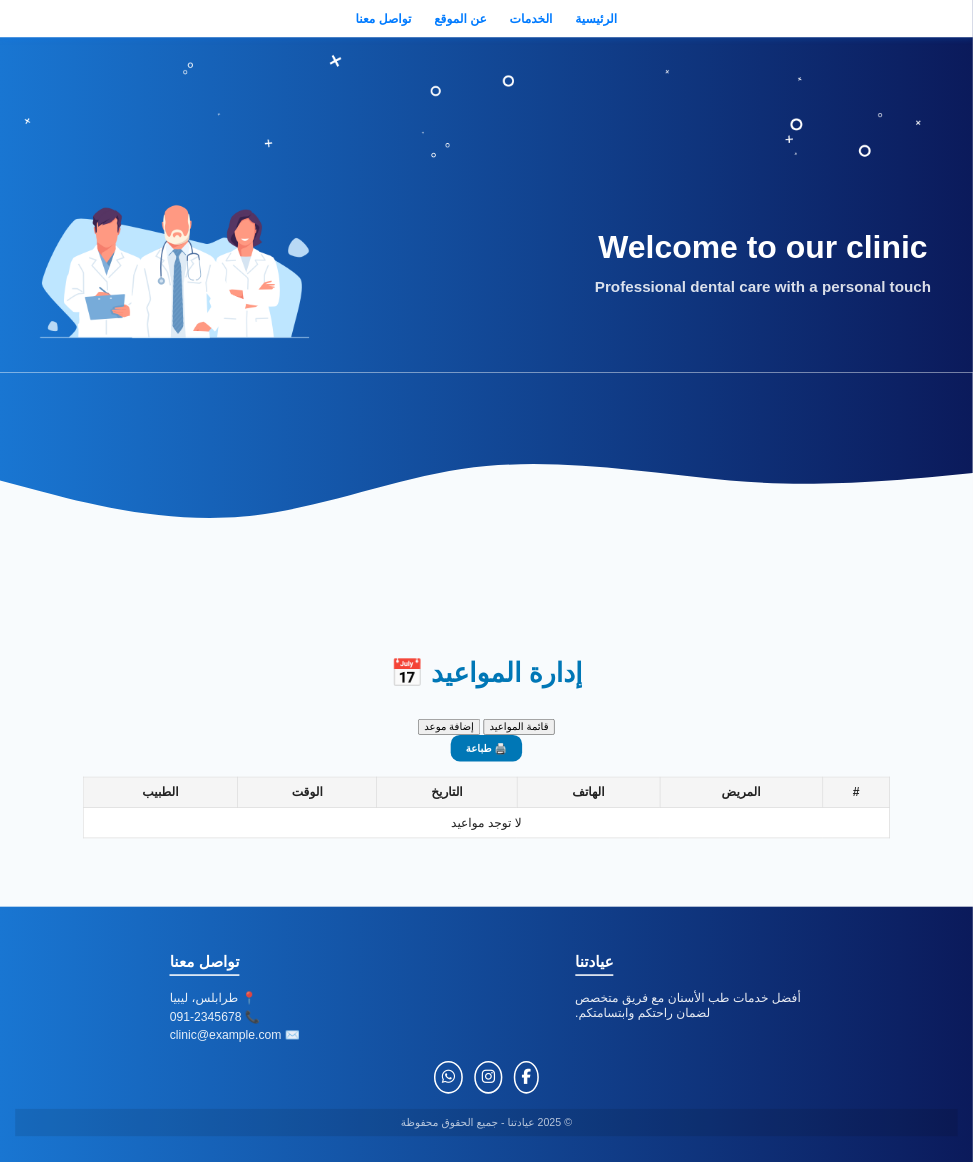
Repository: mysite4/s
Page: http://localhost/services/appointments/
The author's editor kept a copy of each file at every save. The page is drawn from the files as they stood at one save, then again after the next save.
The browser window is 1280 px wide. The pictures show the whole page, at 76% of full size.
Some web fonts or font styles are not loaded; a fallback is used. The page is served by the project's application, run on Django 5.2 (manage.py). Queries for data that is not in the repository find no rows.

Above is the page before, as saved 2026-01-06 15:15:47.

After the next save:
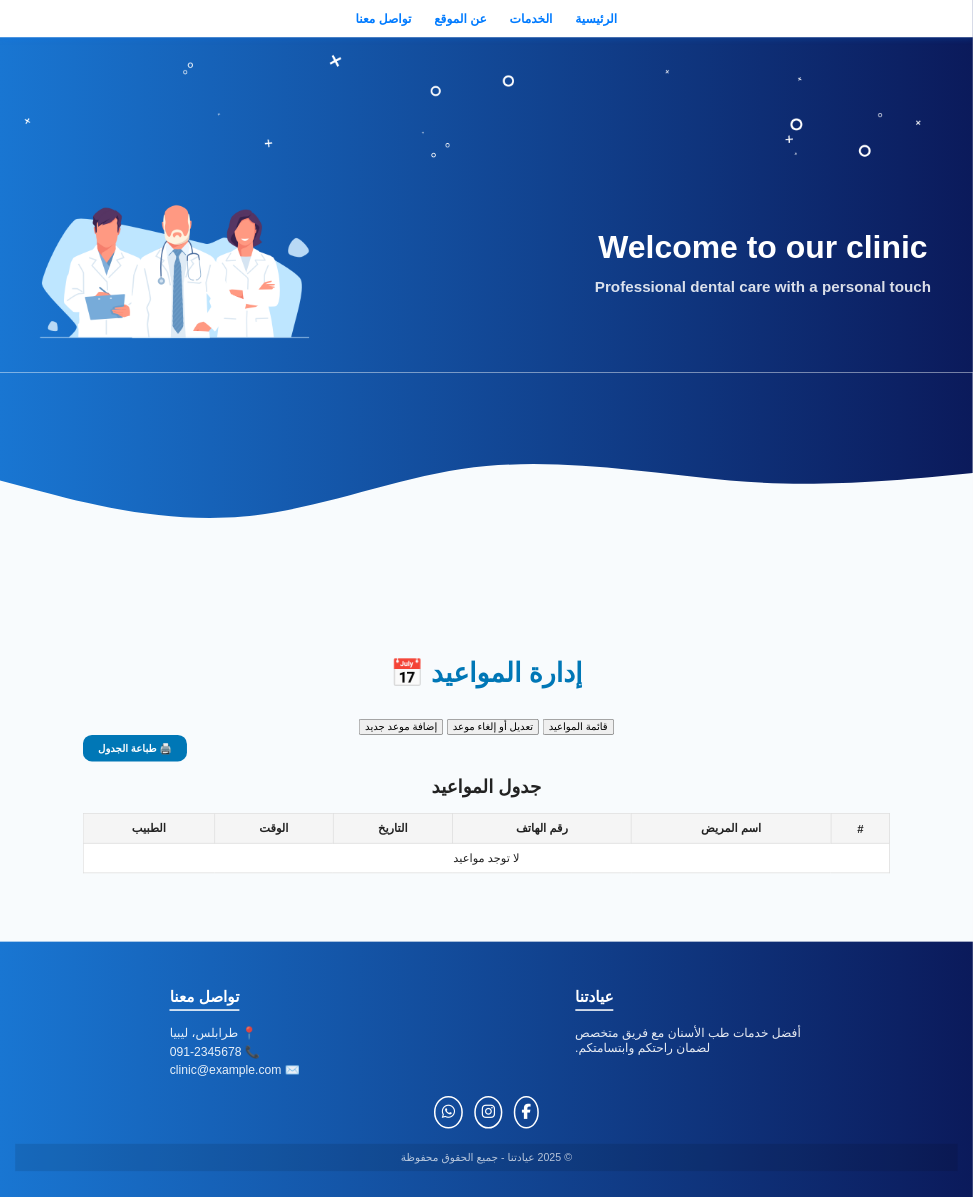
Saved 10 min 4 s later.
--- a/main/templates/services/appointments.html
+++ b/main/templates/services/appointments.html
@@ -5,45 +5,69 @@
 <link rel="stylesheet" href="{% static 'css/dashboard.css' %}">
 
 <style>
+/* ===== جدول كلاسيكي ===== */
 .classic-table {
   width: 100%;
   border-collapse: collapse;
   margin-top: 20px;
   background: #fff;
+  font-size: 15px;
 }
-.classic-table th, .classic-table td {
+.classic-table th,
+.classic-table td {
   border: 1px solid #ddd;
   padding: 10px;
   text-align: center;
 }
-.classic-table th { background: #f5f5f5; }
+.classic-table th {
+  background-color: #f5f5f5;
+  font-weight: bold;
+}
+.classic-table tr:nth-child(even) {
+  background-color: #fafafa;
+}
+.classic-table tr:hover {
+  background-color: #eef6ff;
+}
 
+/* ===== الطباعة ===== */
 @media print {
   body * { visibility: hidden; }
   #print-area, #print-area * { visibility: visible; }
-  .no-print { display:none!important; }
+  #print-area {
+    position: absolute;
+    left: 0;
+    top: 0;
+    width: 100%;
+  }
+  .no-print { display: none !important; }
 }
 </style>
 
 <div class="page-container fade-in">
   <h1 class="page-title">إدارة المواعيد 📅</h1>
 
+  <!-- Tabs -->
   <div class="tabs no-print">
     <button class="tab-btn active" data-tab="list">قائمة المواعيد</button>
-    <button class="tab-btn" data-tab="add">إضافة موعد</button>
+    <button class="tab-btn" data-tab="manage">تعديل أو إلغاء موعد</button>
+    <button class="tab-btn" data-tab="add">إضافة موعد جديد</button>
   </div>
 
-  <!-- قائمة -->
+  <!-- قائمة المواعيد -->
   <div class="tab-content" id="list">
-    <button onclick="window.print()" class="btn-main no-print">🖨️ طباعة</button>
+    <div class="no-print" style="text-align:left; margin-bottom:10px;">
+      <button onclick="printTable()" class="btn-main">🖨️ طباعة الجدول</button>
+    </div>
 
     <div id="print-area">
+      <h2 style="text-align:center;">جدول المواعيد</h2>
       <table class="classic-table">
         <thead>
           <tr>
             <th>#</th>
-            <th>المريض</th>
-            <th>الهاتف</th>
+            <th>اسم المريض</th>
+            <th>رقم الهاتف</th>
             <th>التاريخ</th>
             <th>الوقت</th>
             <th>الطبيب</th>
@@ -53,24 +77,56 @@
           {% for appointment in appointments %}
           <tr>
             <td>{{ forloop.counter }}</td>
-            <td>{{ appointment.patient.name }}</td>
-            <td>{{ appointment.patient.phone }}</td>
+            <td>{{ appointment.name }}</td>
+            <td>{{ appointment.phone }}</td>
             <td>{{ appointment.date }}</td>
             <td>{{ appointment.time }}</td>
             <td>{{ appointment.doctor.name }}</td>
           </tr>
           {% empty %}
-          <tr><td colspan="6">لا توجد مواعيد</td></tr>
+          <tr>
+            <td colspan="6">لا توجد مواعيد</td>
+          </tr>
           {% endfor %}
         </tbody>
       </table>
     </div>
   </div>
 
-  <!-- إضافة -->
+  <!-- تعديل / إلغاء -->
+  <div class="tab-content no-print" id="manage" style="display:none;">
+    <h2>تعديل أو إلغاء موعد</h2>
+
+    <select id="appointment-select">
+      <option value="" disabled selected>اختر موعد</option>
+      {% for appointment in appointments %}
+      <option value="{{ appointment.id }}"
+        data-name="{{ appointment.name }}"
+        data-phone="{{ appointment.phone }}"
+        data-date="{{ appointment.date }}"
+        data-time="{{ appointment.time }}">
+        {{ appointment.name }} - {{ appointment.date }}
+      </option>
+      {% endfor %}
+    </select>
+
+    <br><br>
+
+    <input type="text" id="patient-name-input" placeholder="اسم المريض">
+    <input type="text" id="phone-input" placeholder="رقم الهاتف">
+    <input type="date" id="date-input">
+    <input type="time" id="time-input">
+
+    <br><br>
+    <button id="edit-btn" class="btn-alert">تعديل</button>
+    <button id="delete-btn" class="btn-secondary">إلغاء</button>
+  </div>
+
+  <!-- إضافة موعد -->
   <div class="tab-content no-print" id="add" style="display:none;">
     <h2>إضافة موعد جديد</h2>
 
+    <!-- نفس صفحة الحجز + بدون حذف أي شيء -->
     <input type="text" id="add-name" placeholder="اسم المريض" required>
     <input type="text" id="add-phone" placeholder="رقم الهاتف" required>
     <input type="email" id="add-email" placeholder="البريد الإلكتروني">
@@ -86,13 +142,15 @@
     <input type="time" id="add-time" required>
 
     <textarea id="add-message" placeholder="ملاحظات"></textarea>
+
     <input type="number" id="add-paid" value="0" placeholder="المبلغ المدفوع">
 
-    <button class="btn-main" onclick="addAppointment()">إضافة</button>
+    <button id="add-appointment-btn" class="btn-main">إضافة الموعد</button>
   </div>
 </div>
 
 <script>
+/* Tabs */
 document.querySelectorAll('.tab-btn').forEach(btn=>{
   btn.onclick=()=>{
     document.querySelectorAll('.tab-btn').forEach(b=>b.classList.remove('active'));
@@ -102,27 +160,7 @@ document.querySelectorAll('.tab-btn').forEach(btn=>{
   }
 });
 
-function addAppointment(){
-  const fd = new FormData();
-  fd.append('name', add-name.value);
-  fd.append('phone', add-phone.value);
-  fd.append('email', add-email.value);
-  fd.append('doctor', add-doctor.value);
-  fd.append('date', add-date.value);
-  fd.append('time', add-time.value);
-  fd.append('message', add-message.value);
-  fd.append('paid_amount', add-paid.value);
+function printTable(){ window.print(); }
+</script>
 
-  fetch("{% url 'add_appointment' %}",{
-    method:'POST',
-    body:fd,
-    headers:{'X-CSRFToken':'{{ csrf_token }}'}
-  })
-  .then(r=>r.json())
-  .then(d=>{
-    if(d.success){ alert('تمت الإضافة'); location.reload(); }
-    else alert('خطأ');
-  });
-}
-</script>
 {% endblock %}
